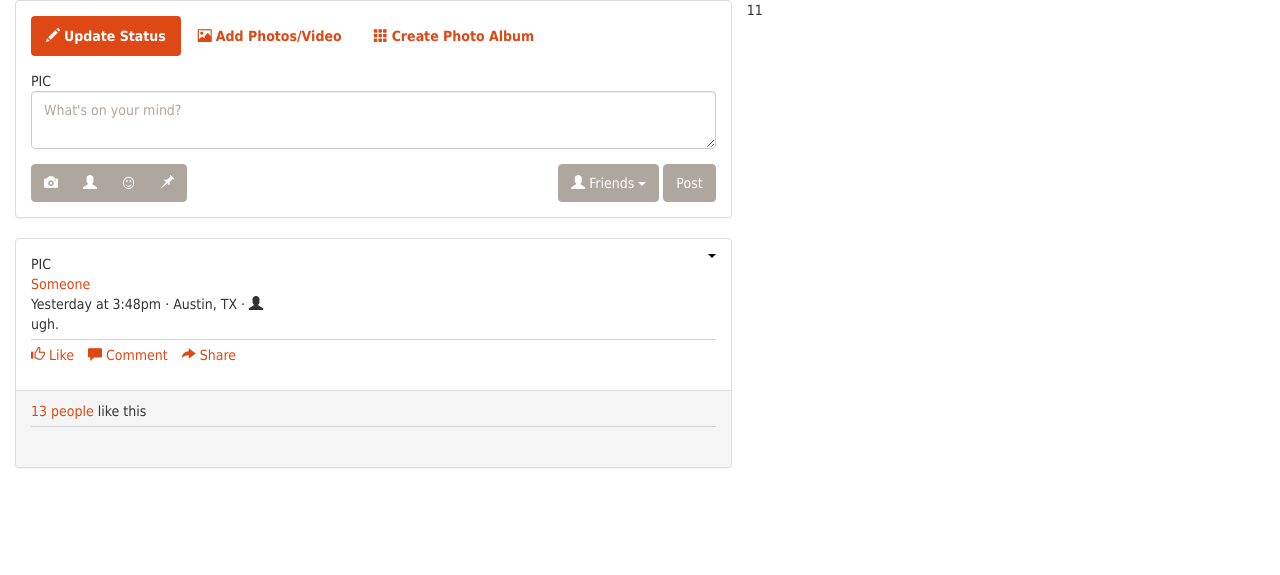
Repository: harshagithub19/news_feed
Page: fbapp3/src/main/webapp/statuscheck.html
These files come from the project's save history. The page is drawn as it stood at one moment and after the next save; the edit follows.
The browser window is 1280 px wide. The pictures show the whole page.
The page's requests for data from a server got no answer. Some web fonts or font styles are not loaded; a fallback is used. Some web libraries are served in a nearby version.

Above is the page before, as saved 2017-03-02 05:01:06.

### fbapp3/src/main/webapp/statuscheck.html
<!DOCTYPE html>
<html>
<head>
<meta charset="UTF-8">
<meta http-equiv="Content-Type" content="text/html; charset=ISO-8859-1">


<script src="https://ajax.googleapis.com/ajax/libs/jquery/3.1.1/jquery.min.js"></script>
<script src="https://ajax.googleapis.com/ajax/libs/jquery/3.1.1/jquery.ui.min.js"></script>
<script src="https://maxcdn.bootstrapcdn.com/bootstrap/3.3.7/js/bootstrap.min.js"></script>
<script type="text/javascript" src="http://cdn.jsdelivr.net/jquery.cookie/1.3.1/jquery.cookie.js"></script>
<link href="bootstrap/css/bootstrap.css" rel="stylesheet" />
<link href="assets/css/bootstrap-united.css" rel="stylesheet" />



<style type="text/css" >
  hr {
  margin-top: 5px;
  margin-bottom: 5px;
  /* The color of `hr` is set by its top border color.
     Yeah, it's weird. */
  border-top: 1px solid lightgray;
}


</style>

<script type="text/javascript">
  document.write(5 + 6);
  $(document).ready(function(){

	  //  var obj1 = {user_id:21};
	//	var myJSON1 = JSON.stringify(obj1);
	var user_id=21;
  	       	$.ajax({
  	                   url: "http://localhost:8080/fbapp3/webapi/status/21/",
  	                   type: "GET",
  	                   //data: "myJSON1",
  	                   dataType: "json",
  	                   contentType : "application/json",
  	                   crossDomain: true,
  	                   processData: true,
  	                   success: function(response){


  	                	   if(response!=null){
  	                		 //alert("working");
  	                		   var data =JSON.parse(JSON.stringify(response));  ;
  	                	   var output= "<ul class="+"media-list"+">";
  	                	   for (i=0; i < data.length; i++){
  	                	       output += "<li class="+"media"+">"+ data[i].status_desc+ "</li>";

  	                	   }

  	                	   output += "</ul>";
  	                	   $("#output").html(output);

  	                       }
  	                       else
  	                    	   {
							//	alert("not working");
  	                    	   window.location.href = "AddInfo.html";
  	                    	   }
  	                     },
  	          			error: function(e){
  	            					alert('Error121212: ' + e);
  	            					alert(e.toString());
  	          			}

  	    	  });

	/* $("#StatusAdd").click(function(e){

	        //get the form data using another method
	           var status_desc=$("input#status_d").val();
	            var obj = { status_desc:status_desc,author_id:21};
	        	var myJSON = JSON.stringify(obj);
	            $.ajax({

	                type: "POST",
	                url: "http://localhost:8080/fbapp3/webapi/status/add",
	                data: myJSON,
	                contentType : "application/json",
	                dataType: "json",
	                 success:function(resp) {
	                     if(resp==true){
	                      window.location.href = "AddInfo.html";
	                  	  alert("Server said123:\n '" + resp + "'");}
	                     else
	                  	   {alert("error mode");
	                  	   }},
	                error: function(jqXHR, textStatus, errorThrown){
	                     console.log("Something really bad happened " + textStatus);
	                      $("#ajaxResponse").html(jqXHR.responseText);
	                },
	                beforeSend: function(jqXHR, settings){
	                    $('#myButton').attr("disabled", true);
	                },complete: function(jqXHR, textStatus){
	                    $('#myButton').attr("disabled", false);
	                }
	           });

	    }); */
	 });


</script>




<title>Insert title here</title>
</head>
<body>


<!-- Main feed: A cell that spans 7 columns -->
<div class="col-md-7">
  <!-- Status update entry -->
  <div class="panel panel-default">
    <div class="panel-body">

	    <ul class="nav nav-pills">
	      <li role="presentation" class="active">
	        <a href="#"><span class="glyphicon glyphicon-pencil"></span> <strong>Update Status</strong></a>
	      </li>
	      <li role="presentation">
	        <a href="#"><span class="glyphicon glyphicon-picture"></span> <strong>Add Photos/Video</strong></a>
	      </li>
	      <li role="presentation">
	        <a href="#"><span class="glyphicon glyphicon-th"></span> <strong>Create Photo Album</strong></a>
	      </li>
	    </ul>

        <div class="media">
			  <div class="media-left media-top">
			    PIC
			  </div>
			  <div class="media-body">
			    <div class="form-group">
			      <!-- rows="2" means "display the textarea as 2 rows high". The user can
			           enter more than 2 rows of text. -->
			      <textarea class="form-control" rows="2" placeholder="What's on your mind?"></textarea>
			    </div>
			  </div>
       </div>

      <div class="row">
		  <div class="col-md-6">
		    <div class="btn-group" role="group">
		      <button type="button" class="btn btn-default">
		        <span class="glyphicon glyphicon-camera"></span>
		      </button>
		      <button type="button" class="btn btn-default">
		        <span class="glyphicon glyphicon-user"></span>
		      </button>
		      <button type="button" class="btn btn-default">
		        ☺
		      </button>
		      <button type="button" class="btn btn-default">
		        <span class="glyphicon glyphicon-pushpin"></span>
		      </button>
		    </div>
		  </div>
		  <div class="col-md-6">
		    <div class="pull-right">
		      <button type="button" class="btn btn-default">
		        <span class="glyphicon glyphicon-user"></span> Friends <span class="caret"></span>
		      </button>
		      <button type="button" class="btn btn-default">
		        Post
		      </button>
		    </div>
		  </div>
     </div>




    </div>
  </div>
  <!-- Status update #1 -->
  <div class="panel panel-default">
  <div class="panel-body">
    <!-- Post metadata -->
    <div class="row">
      <div class="col-md-10">
        <div class="media">
          <div class="media-left media-top">PIC</div>
          <div class="media-body">
            <a href="#">Someone</a>
            <br> Yesterday at 3:48pm · Austin, TX · <span class="glyphicon glyphicon-user"></span>
          </div>
        </div>
      </div>
      <div class="col-md-2">
        <span class="caret pull-right"></span>
      </div>
    </div>
    <!-- Post content -->
    <div class="row">
      <div class="col-md-12">
        ugh.
      </div>
    </div>
  <hr>
  <div class="row">
		  <div class="col-md-12">
		    <ul class="list-inline">
		      <li>
		      <a href="#"><span class="glyphicon glyphicon-thumbs-up"></span> Like</a>
		      </li>
		      <li>
		      <a href="#"><span class="glyphicon glyphicon-comment"></span> Comment</a>
		      </li>
		      <li>
		      <a href="#"><span class="glyphicon glyphicon-share-alt"></span> Share</a>
		      </li>
		    </ul>
		  </div>
  </div>
 </div> <!--  div of panel body for status update 1 -->
 <!-- panel body footer -->
 <div class="panel-footer" id="o">
	  <div class="row">
	    <div class="col-md-12">
	      <a href="#">13 people</a> like this
	    </div>

	   </div>


  <hr>
   <p id ="output"></p>
   <br>

 <!--   <ul class="media-list">
    <li class="media">
      <div class="media-left media-top">
        PIC
      </div>
      <div class="media-body">
        <a href="#">Someone Else</a> hope everything is ok!

      </div>
    </li>
    <li class="media">
      <div class="media-left media-top">
        PIC
      </div>
      <div class="media-body">
        <div class="input-group">
          <input type="text" class="form-control" placeholder="Write a comment...">
          <span class="input-group-btn">
            <button class="btn btn-default" type="button">
              <span class="glyphicon glyphicon-camera"></span>
            </button>
            <button class="btn btn-default" type="button">
              ☺
            </button>
          </span>
        </div>
      </div>
    </li>
  </ul> -->



</div>



</div> <!--  div of panel default for status update 1 -->

</div>





</body>
</html>

Loaded but not shown: fbapp3/src/main/webapp/bootstrap/css/bootstrap.css (library); fbapp3/src/main/webapp/assets/css/bootstrap-united.css (library)

After the next save:
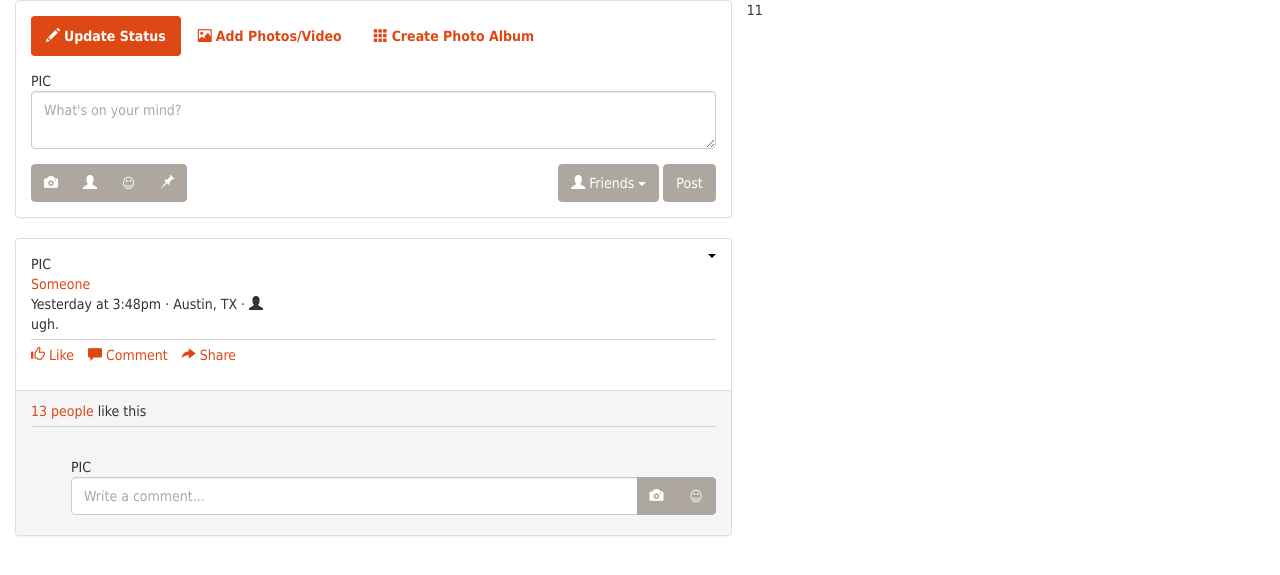
Saved 3 min 13 s later.
--- a/fbapp3/src/main/webapp/statuscheck.html
+++ b/fbapp3/src/main/webapp/statuscheck.html
@@ -234,18 +234,8 @@
   <hr>
    <p id ="output"></p>
    <br>
-
- <!--   <ul class="media-list">
-    <li class="media">
-      <div class="media-left media-top">
-        PIC
-      </div>
-      <div class="media-body">
-        <a href="#">Someone Else</a> hope everything is ok!
-
-      </div>
-    </li>
-    <li class="media">
+   <ul>
+   <li class="media">
       <div class="media-left media-top">
         PIC
       </div>
@@ -263,6 +253,37 @@
         </div>
       </div>
     </li>
+   </ul>
+
+
+ <!--   <ul class="media-list">
+    <li class="media">
+      <div class="media-left media-top">
+        PIC
+      </div>
+      <div class="media-body">
+        <a href="#">Someone Else</a> hope everything is ok!
+
+      </div>
+    </li>
+    <li class="media">
+      <div class="media-left media-top">
+        PIC
+      </div>
+      <div class="media-body">
+        <div class="input-group">
+          <input type="text" class="form-control" placeholder="Write a comment...">
+          <span class="input-group-btn">
+            <button class="btn btn-default" type="button">
+              <span class="glyphicon glyphicon-camera"></span>
+            </button>
+            <button class="btn btn-default" type="button">
+              ☺
+            </button>
+          </span>
+        </div>
+      </div>
+    </li>
   </ul> -->
 
 
